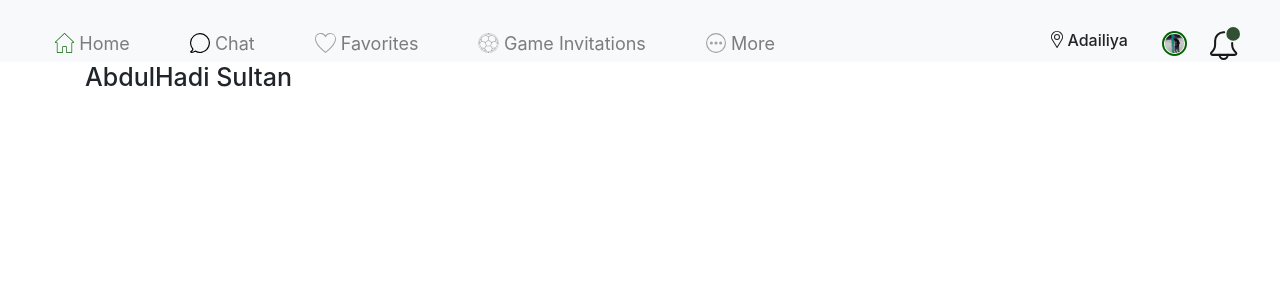
Repository: usman-yousuf/football-website
Page: Home/home.html
The author's editor kept a copy of each file at every save. The page is drawn from the files as they stood at one save, then again after the next save.
The browser window is 1280 px wide. The pictures show the whole page.

Above is the page before, as saved 2021-08-18 11:28:18.
Console error: ReferenceError: $ is not defined

### Home/home.html
<!DOCTYPE html>
<html lang="en">
  <head>
    <meta charset="UTF-8" />
    <meta http-equiv="X-UA-Compatible" content="IE=edge" />
    <meta name="viewport" content="width=device-width, initial-scale=1.0" />
    <link
      rel="stylesheet"
      href="https://cdn.jsdelivr.net/npm/bootstrap@4.6.0/dist/css/bootstrap.min.css"
      integrity="sha384-B0vP5xmATw1+K9KRQjQERJvTumQW0nPEzvF6L/Z6nronJ3oUOFUFpCjEUQouq2+l"
      crossorigin="anonymous"
    />
    <link rel="preconnect" href="https://fonts.googleapis.com" />
    <link rel="preconnect" href="https://fonts.gstatic.com" crossorigin />
    <link
      href="https://fonts.googleapis.com/css2?family=Nunito+Sans:wght@700&display=swap"
      rel="stylesheet"
    />
    <link
      rel="stylesheet"
      href="https://cdnjs.cloudflare.com/ajax/libs/font-awesome/4.7.0/css/font-awesome.min.css"
      integrity="sha512-SfTiTlX6kk+qitfevl/7LibUOeJWlt9rbyDn92a1DqWOw9vWG2MFoays0sgObmWazO5BQPiFucnnEAjpAB+/Sw=="
      crossorigin="anonymous"
    />

    <link rel="stylesheet" href="../assets/main.css" />

    <title>Index.html</title>
    <style></style>
  </head>
  <body>
    <!-- .................Home Page Start ......................... -->

    <!-- .................Home Page NavBar Start ......................... -->

    <nav class="navbar navbar-expand-md navbar-light bg-light">
      <button
        class="navbar-toggler"
        type="button"
        data-toggle="collapse"
        data-target="#navbarTogglerDemo03"
        aria-controls="navbarTogglerDemo03"
        aria-expanded="false"
        aria-label="Toggle navigation"
      >
        <span class="navbar-toggler-icon"></span>
      </button>

      <div class="collapse navbar-collapse" id="navbarTogglerDemo03">
        <ul class="navbar-nav mr-auto mt-2 mt-lg-0">
          <li class="nav-item">
            <a class="nav-link" href="#">
              <span>
                <img
                  src="../assets/images/home.svg"
                  class="img-fluid"
                  alt="navbar_home"
                />
              </span>
              Home <span class="sr-only">(current)</span></a
            >
          </li>
          <li class="nav-item">
            <a class="nav-link" href="#">
              <span>
                <img
                  src="../assets/images/chat.svg"
                  class="img-fluid"
                  alt="navbar_chat"
                />
              </span>
              Chat</a
            >
          </li>
          <!-- <li class="nav-item dropdown dmenu">
            <a
              class="nav-link dropdown-toggle"
              href="#"
              id="navbardrop"
              data-toggle="dropdown"
            >
              Our Service
            </a>
            <div class="dropdown-menu sm-menu">
              <a class="dropdown-item" href="#">service2</a>
              <a class="dropdown-item" href="#">service 2</a>
              <a class="dropdown-item" href="#">service 3</a>
            </div>
          </li> -->
          <li class="nav-item">
            <a class="nav-link" href="#">
              <span>
                <img
                  src="../assets/images/favrticon.svg"
                  class="img-fluid"
                  alt="navbar_fvrt"
                />
              </span>
              Favorites</a
            >
          </li>
          <li class="nav-item">
            <a class="nav-link" href="#">
              <span>
                <img
                  src="../assets/images/GameInvitation.svg"
                  class="img-fluid"
                  alt="navbar_home"
                />
              </span>
              Game Invitations</a
            >
          </li>

          <li class="nav-item">
            <a class="nav-link" href="#">
              <span>
                <img
                  src="../assets/images/moreoption.svg"
                  class="img-fluid"
                  alt="navbar_home"
                />
              </span>
              More</a
            >
          </li>
        </ul>
        <div class="social-part">
          <a>
            <img
              src="../assets/images/Location.svg"
              class="img-fluid nav_location_img"
              alt="navbar_home"
            />
            <span> Adailiya </span>
          </a>
          <img
            src="../assets/images/Group 24.png"
            class="img-fluid nav_profile"
            alt="Navbar_profile"
          />
          <img
            src="../assets/images/notification.svg"
            class="img-fluid nav_notification_img"
            alt="navbar_home"
          />
        </div>
      </div>
    </nav>
    <!-- .................Home Page NavBar End ......................... -->

    <!-- .................Home Page Slider Section Start......................... -->
    <div class="container">
      <div class="row">
        <div class="col-lg-4">
          <h1>AbdulHadi Sultan</h1>
        </div>
        <div class="col-lg-8">

        </div>
      </div>
    </div>
    <!-- .................Home Page Slider Section End ......................... -->

    <!-- .................Home Page End ......................... -->
    <script src="../assets/main.js"></script>
    <script
      src="https://code.jquery.com/jquery-3.5.1.slim.min.js"
      integrity="sha384-DfXdz2htPH0lsSSs5nCTpuj/zy4C+OGpamoFVy38MVBnE+IbbVYUew+OrCXaRkfj"
      crossorigin="anonymous"
    ></script>
    <script
      src="https://cdn.jsdelivr.net/npm/bootstrap@4.6.0/dist/js/bootstrap.bundle.min.js"
      integrity="sha384-Piv4xVNRyMGpqkS2by6br4gNJ7DXjqk09RmUpJ8jgGtD7zP9yug3goQfGII0yAns"
      crossorigin="anonymous"
    ></script>
  </body>
</html>

### assets/main.css
* {
  padding: 0%;
  margin: 0%;
  box-sizing: border-box;
}
html {
  font-size: 62.5%;
}

/* .................Home Page CSS Start .........................  */
/*
.social-part .fa img {
  padding-right: 20px;
} */
/* ul li a {
  margin-right: 20px;
} */
.navbar-expand-md {
  padding: 2.5rem 0rem 0rem 0rem;
}
.nav-item img {
  margin-top: -0.4rem;
}
.navbar-nav li {
  font-size: 1.8rem;
  color: #212121;
  margin-left: 5rem;
}
.social-part a {
  margin-right: 1rem;
  font-size: 1.6rem;
  font-weight: 500;
}
.social-part {
  margin-right: 4rem;
}
.nav_profile {
  width: 2.5rem;
  border: 0.2rem solid #006400;
  border-radius: 10rem;
  margin-left: 2rem;
}
.nav_notification_img {
  width: 3rem;
  margin-left: 2rem;
}
.nav_location_img {
  margin-top: -0.4rem;
  width: 1.2rem;
}
/* .................Home Page CSS End .........................  */

### assets/main.js
$(document).ready(function () {
  $(".navbar-light .dmenu").hover(
    function () {
      $(this).find(".sm-menu").first().stop(true, true).slideDown(150);
    },
    function () {
      $(this).find(".sm-menu").first().stop(true, true).slideUp(105);
    }
  );
});

After the next save:
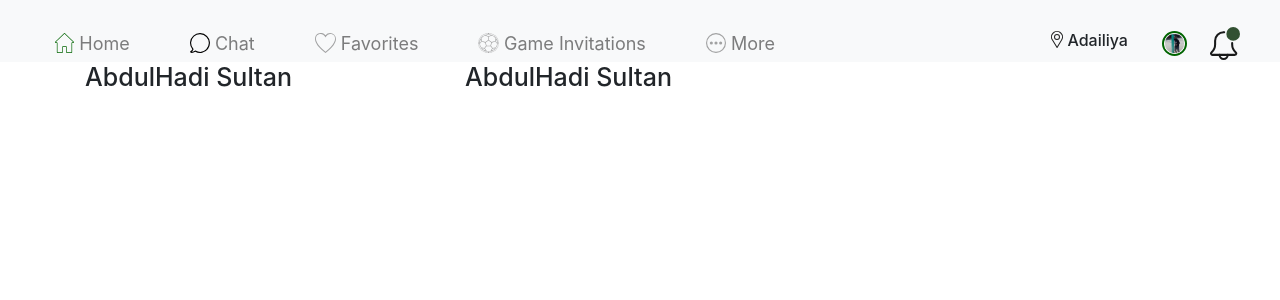
Saved 5 s later.
--- a/Home/home.html
+++ b/Home/home.html
@@ -156,7 +156,7 @@
           <h1>AbdulHadi Sultan</h1>
         </div>
         <div class="col-lg-8">
-
+          <h1>AbdulHadi Sultan</h1>
         </div>
       </div>
     </div>
